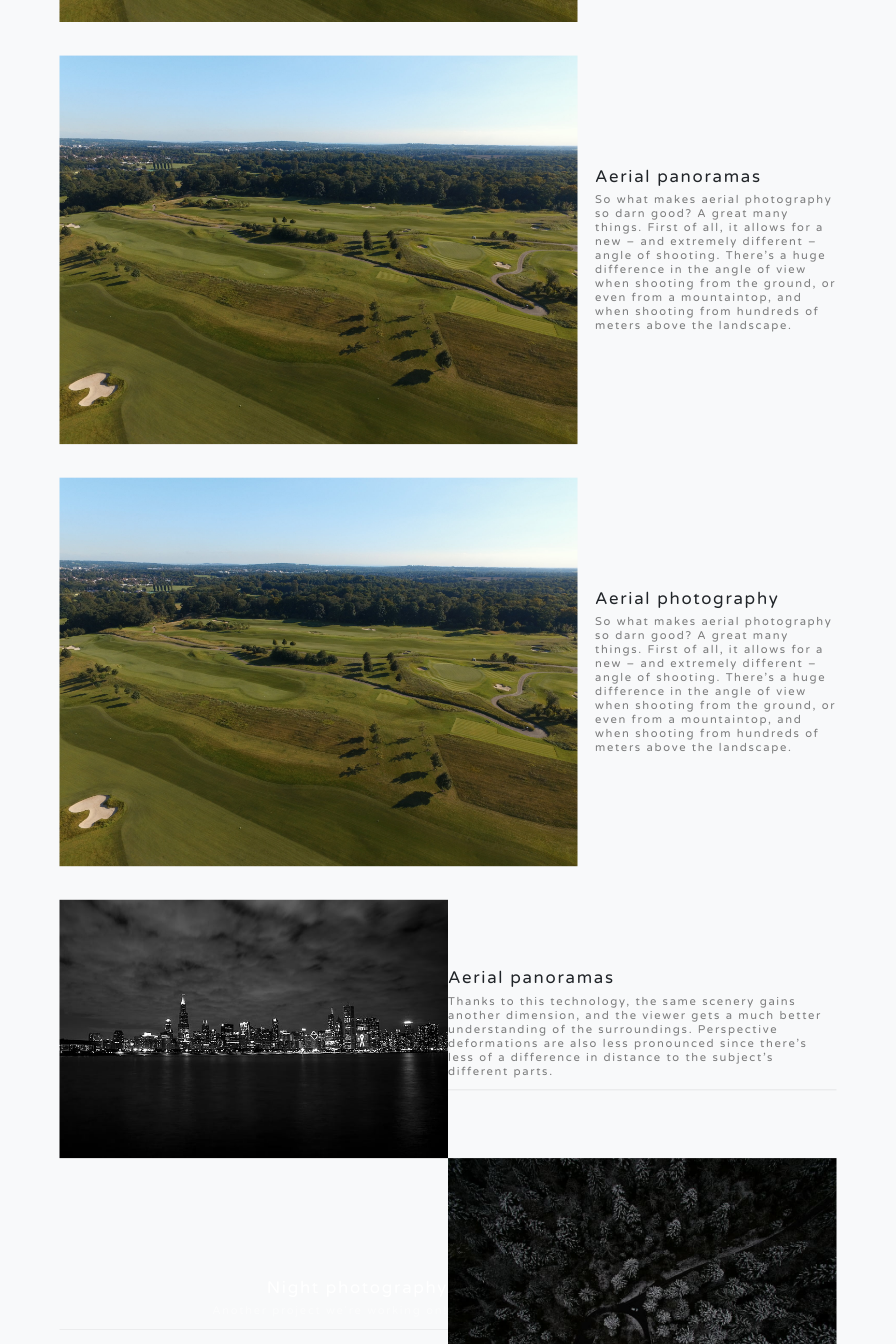
Repository: geoeskel/UCFD-Milestone-Project
Page: index.html
The author's editor kept a record of every edit. The page is drawn from the files as they stood at one moment, then again after the next edit.
The browser window is 1280 px wide. The pictures show the part of the page from y = 2269 to 4189 px (the page is 4339 px tall), at 70% of full size.
A picture or video elsewhere on the page could not be fetched, so the positions and the page height are approximate. Some web libraries are served in a nearby version.

Above is the page before.

After the next edit:
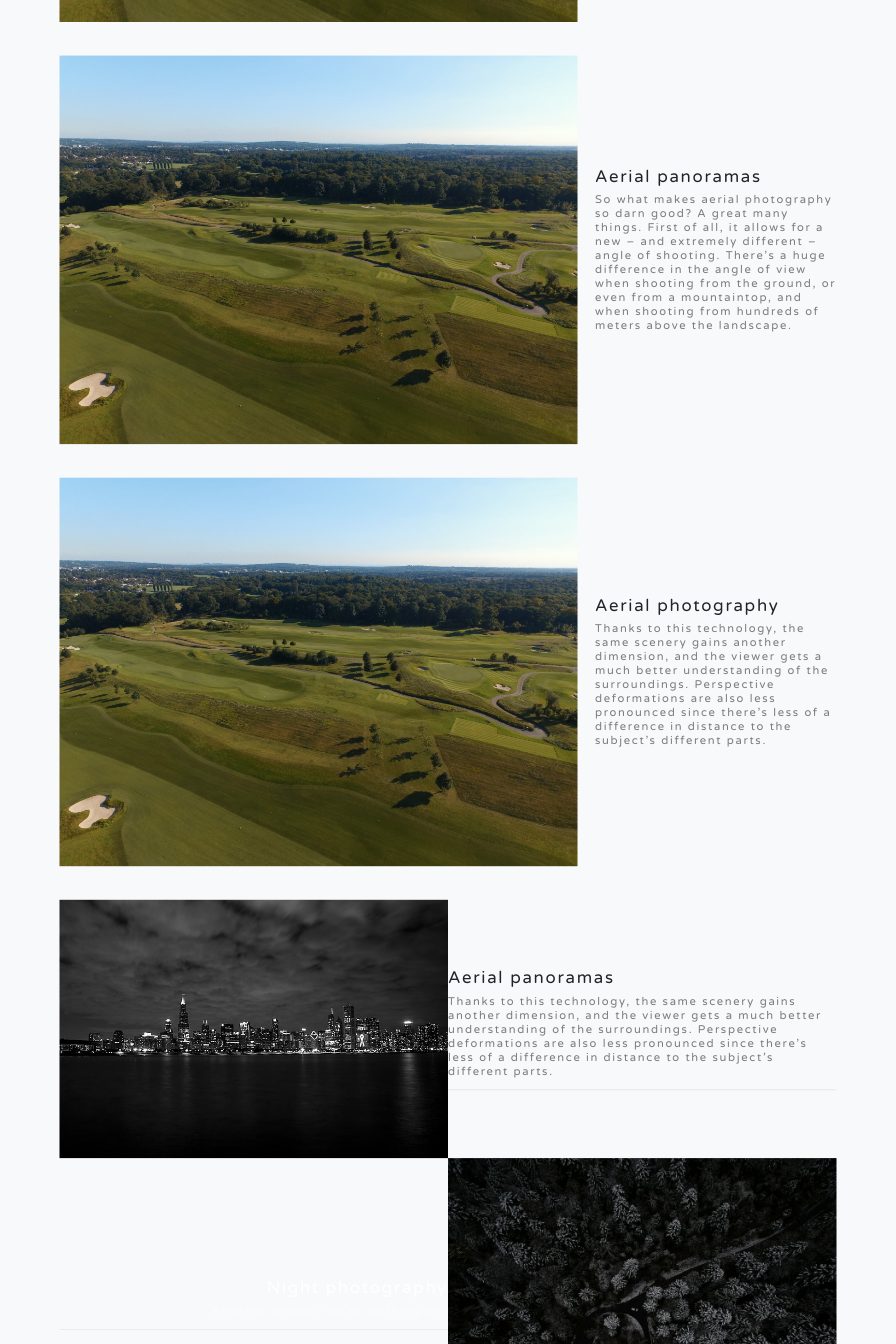
The edit:
--- a/index.html
+++ b/index.html
@@ -113,8 +113,8 @@
           <div class="featured-text text-center text-lg-left">
             <div class="first-service">
               <h4>Aerial photography</h4>
-              <p class="text-black-50 mb-0">So what makes aerial photography so darn good? A great many things. First of all, it allows for a new – and extremely different – angle of shooting. There’s a huge difference in the angle of view when shooting from the ground, or even from
-                a mountaintop, and when shooting from hundreds of meters above the landscape.</p>
+              <p class="text-black-50 mb-0">Thanks to this technology, the same scenery gains another dimension, and the viewer gets a much better understanding of the surroundings. Perspective deformations are also less pronounced since there’s less of a difference in distance
+                  to the subject’s different parts.</p>
             </div>
           </div>
         </div>
